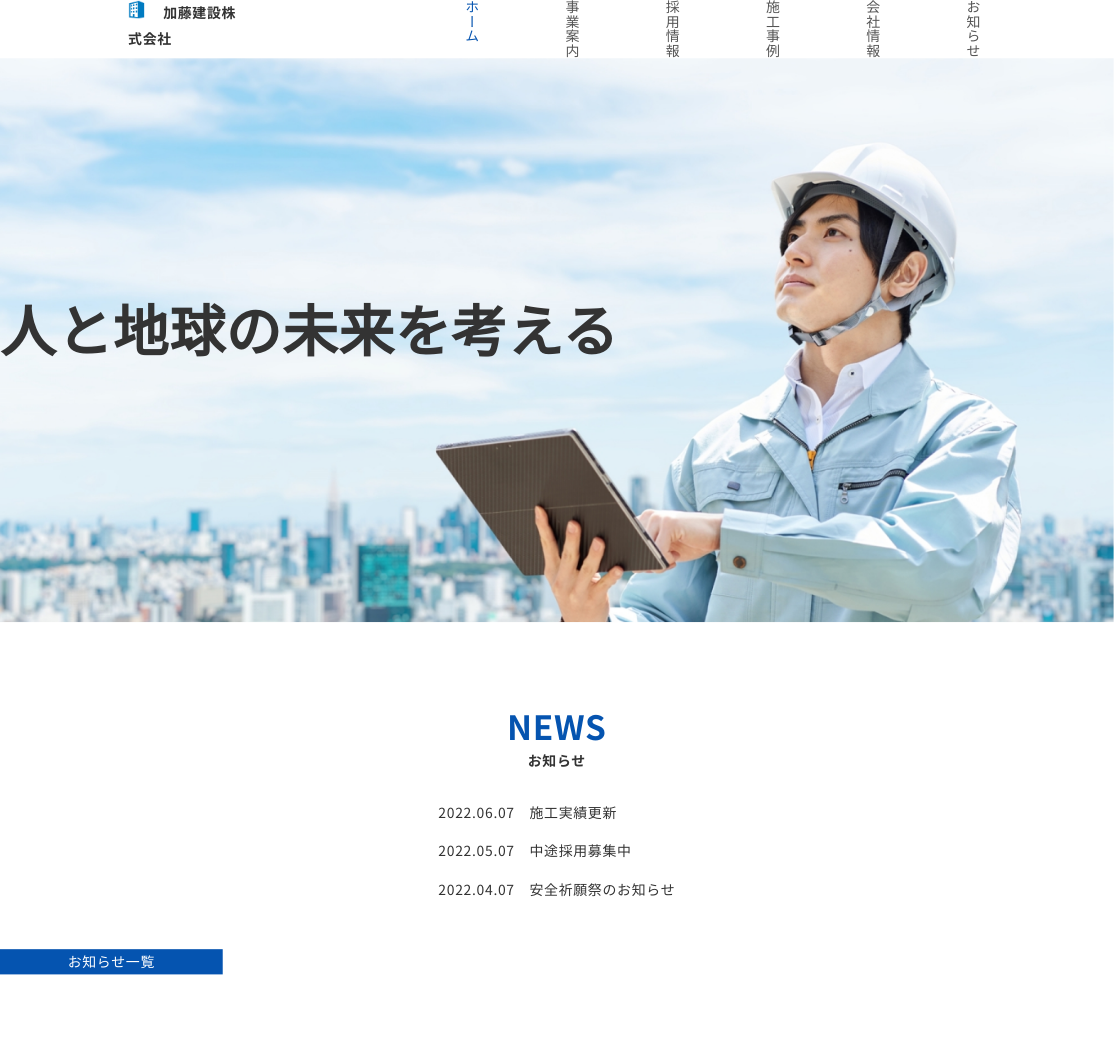
Repository: nozomi-23/hp1_test
Page: index.html
The author's editor kept a copy of each file at every save. The page is drawn from the files as they stood at one save, then again after the next save.
The browser window is 1280 px wide. The pictures show the whole page, at 87% of full size.

Above is the page before, as saved 2022-06-12 11:16:09.

After the next save:
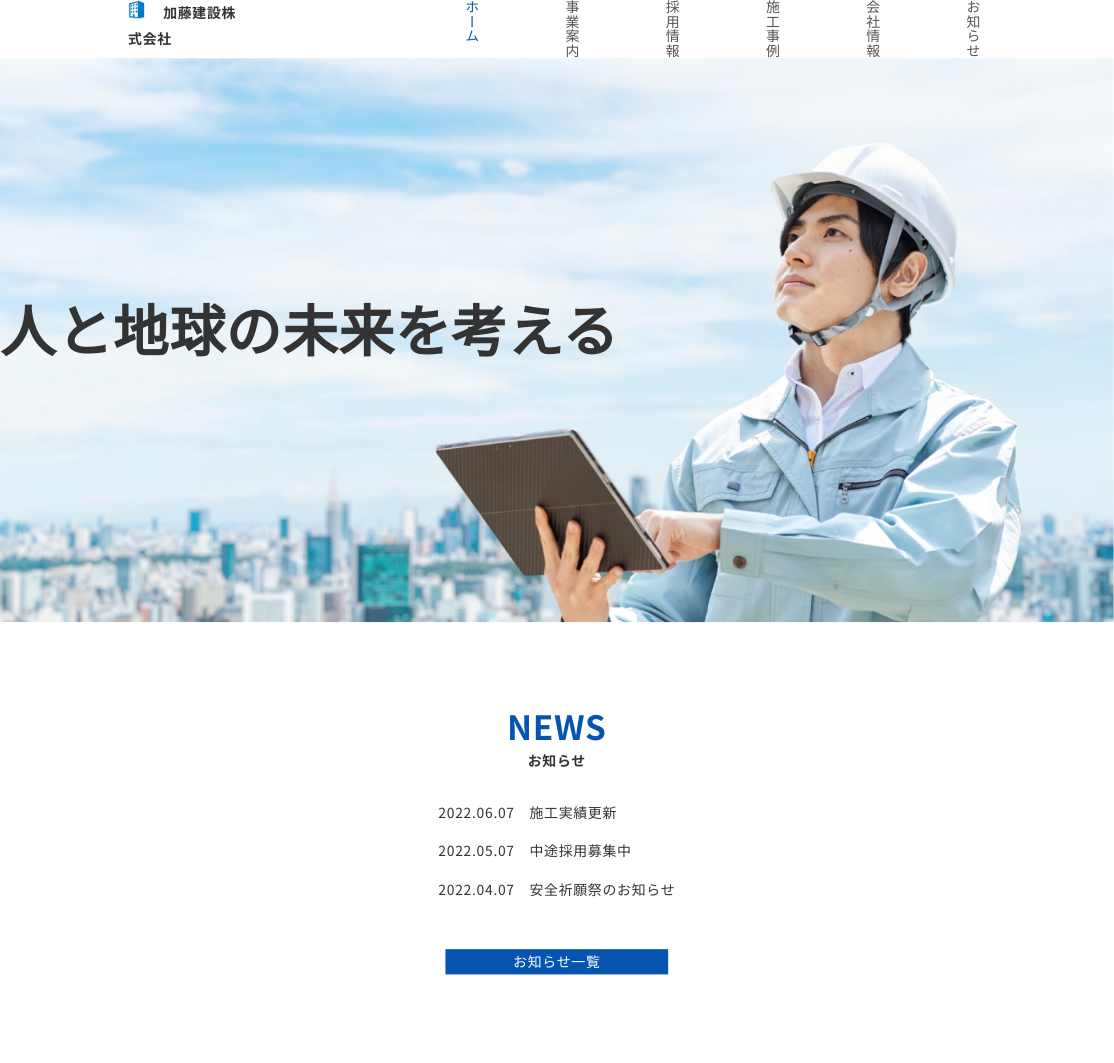
Saved 4 s later.
--- a/css/common1.css
+++ b/css/common1.css
@@ -34,7 +34,7 @@ a {
 .btn {
   background-color: #0554B0;
   width: 20%;
-  margin: ;
+  margin: 0 auto;
 }
 .btn a {
   color: #fff;
